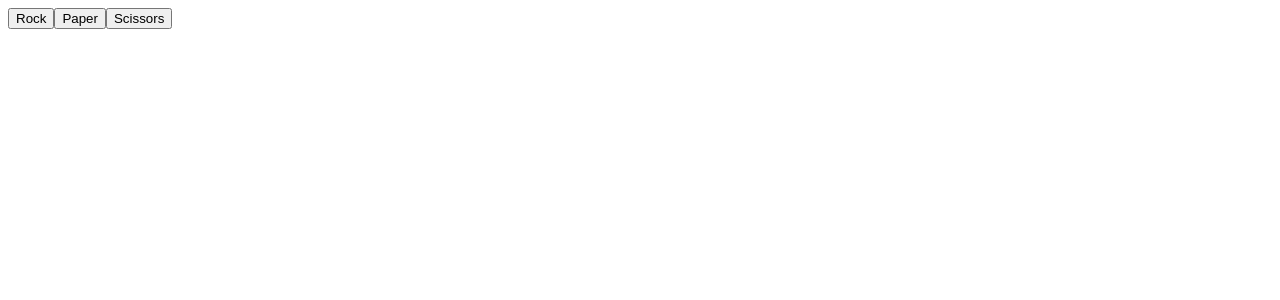
Repository: weazzyefff/Rock-Paper-Scissors
Page: rock-paper-scissors.html
An editor plug-in stored every save of this project. The page is shown before and after the next save, followed by the edit.
The browser window is 1280 px wide. The pictures show the whole page.
After loading, the first visible `button` was clicked once.

Above is the page before, as saved 2022-11-29 12:37:04.

After the next save:
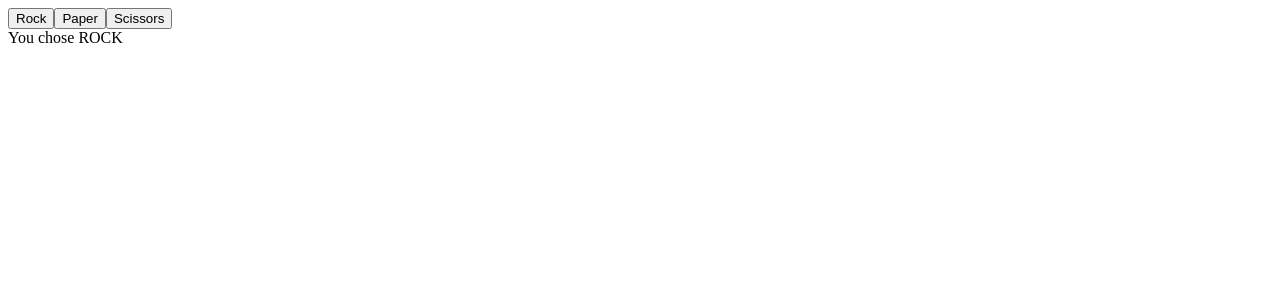
Saved 11 min 53 s later.
--- a/script.js
+++ b/script.js
@@ -30,7 +30,10 @@ function getPlayerChoice() {
 
     rbutton.addEventListener("click", () => {
         playerSelection = 'ROCK'
-        console.log(`After button click playerSelection = ${playerSelection}`);
+        //console.log(`After button click playerSelection = ${playerSelection}`);
+        const rdiv = document.createElement('div');
+        rdiv.textContent = `You chose ${playerSelection}`;
+        document.body.appendChild(rdiv);
         //return playerSelection;
 
     });
@@ -40,7 +43,10 @@ function getPlayerChoice() {
 
     pbutton.addEventListener("click", () => {
         playerSelection = 'PAPER'
-        console.log(`After button click playerSelection = ${playerSelection}`);
+        //console.log(`After button click playerSelection = ${playerSelection}`);
+        const rdiv = document.createElement('div');
+        pdiv.textContent = `You chose ${playerSelection}`;
+        document.body.appendChild(pdiv);
         //return playerSelection;
 
     }); let sbutton = document.createElement("button");
@@ -49,7 +55,10 @@ function getPlayerChoice() {
 
     sbutton.addEventListener("click", () => {
         playerSelection = 'SCISSORS'
-        console.log(`After button click playerSelection = ${playerSelection}`);
+        //console.log(`After button click playerSelection = ${playerSelection}`);
+        const sdiv = document.createElement('div');
+        sdiv.textContent = `You chose ${playerSelection}`;
+        document.body.appendChild(sdiv);
         //return playerSelection;
 
     });
